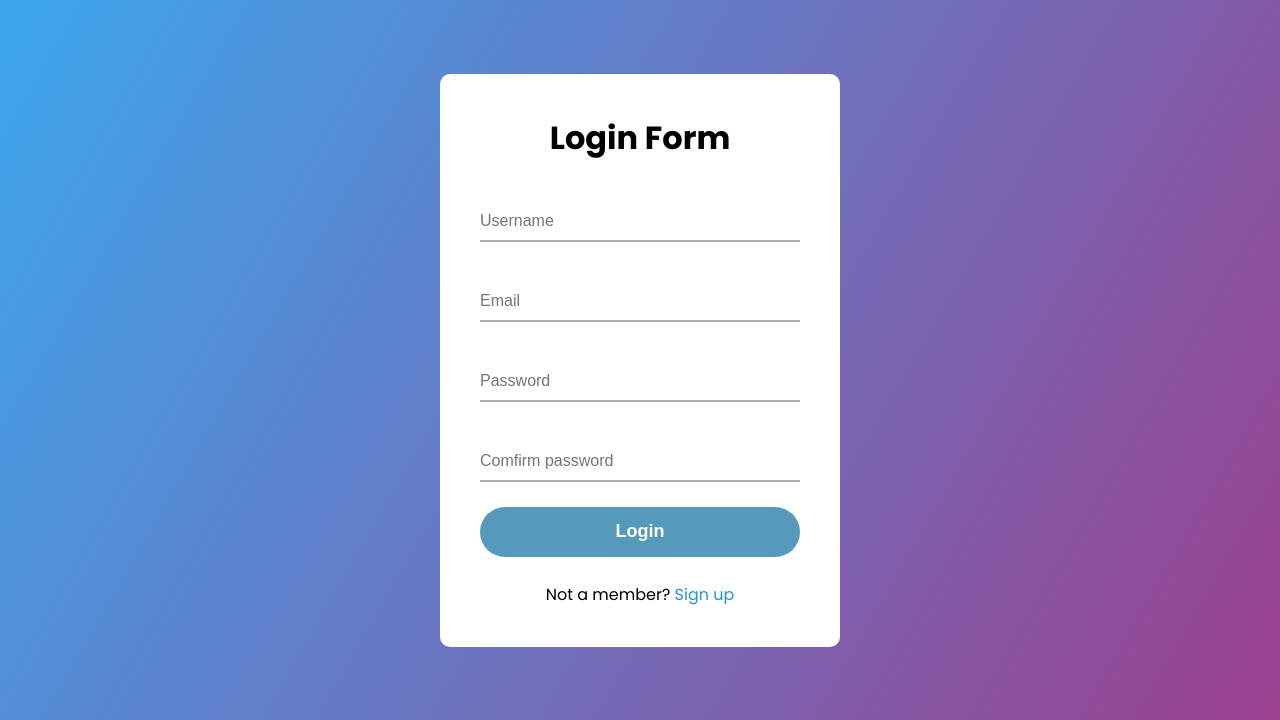
Repository: QUANGTHAI2003/Form-Validation
Page: index.html
The author's editor kept a copy of each file at every save. The page is drawn from the files as they stood at one save, then again after the next save.
The browser window is 1280 px wide. The pictures show the whole page.
The pointer rests on the first visible `.btn-submit`.

Above is the page before, as saved 2022-03-13 14:35:56.

After the next save:
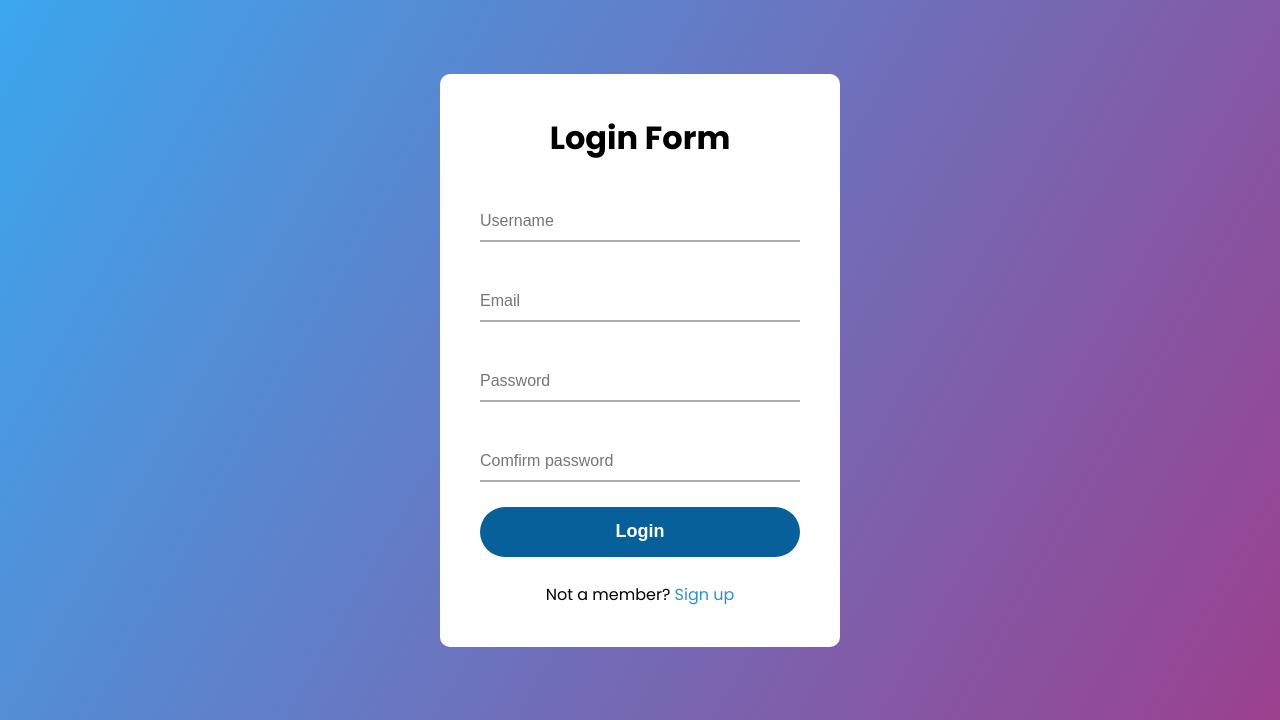
Saved 16 s later.
--- a/style.css
+++ b/style.css
@@ -85,7 +85,7 @@ body {
 }
 
 .btn-submit:hover {
-    background: #069a;
+    background: #08609a;
 }
 
 .signup-link {
